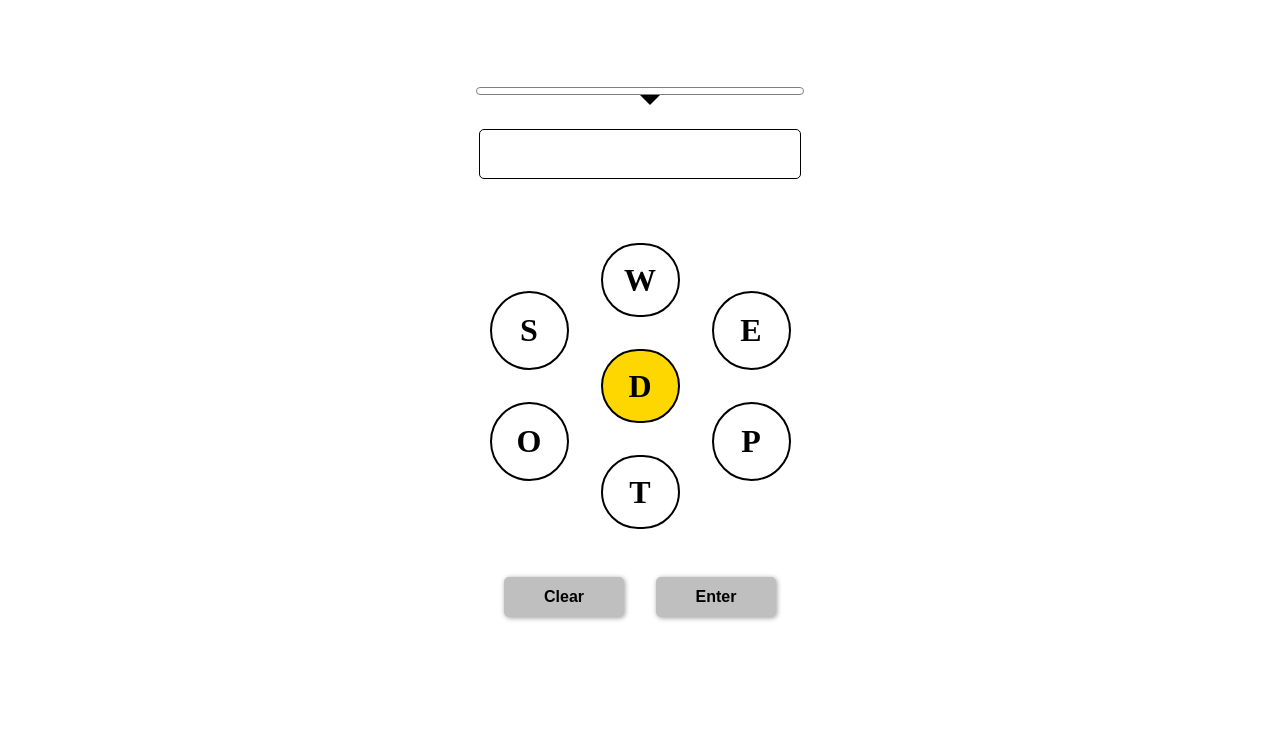
Repository: wellgordon/spelling-bee-clone
Page: /game
An editor plug-in stored every save of this project. The page is shown before and after the next save, followed by the edit.
The browser window is 1280 px wide. The pictures show the whole page.
The project was rebuilt for these pictures with package versions that can differ from the ones it lists, and the page was loaded fresh each time. Also part of the build but not shown: src/index.css, src/components/Home.tsx.

Above is the page before, as saved 2022-01-28 18:46:20.

### src/App.tsx
import React from 'react';
import Game from './components/Game';
import { BrowserRouter as Router, Route, Routes } from 'react-router-dom';
import Home from './components/Home';

const App = () => {
  return (
    <Router>
      <Routes>
        <Route path="/" element={<Home />} />
        <Route path="/game" element={<Game />} />
      </Routes>
    </Router>
  );
};

export default App;

### src/components/Game.tsx
import React, { useState } from 'react';
import { words } from '../constants/words';
import GameUI from './GameUI';

const Game = () => {
  const [bufferText, setBufferText] = useState('');
  const [isSpecialLetter, setIsSpecialLetter] = useState(false);
  const [foundWords, setFoundWords] = useState<string[]>([]);

  const handleClick = (e: any) => {
    if (bufferText.length > 10) {
      setBufferText('Too Long!');
      setTimeout(() => {
        setBufferText('');
      }, 500);
    } else {
      setBufferText((prev) => prev + e.target.innerText);
    }
  };

  const handleCenterClick = (e: string) => {
    setIsSpecialLetter(true);
    handleClick(e);
  };

  const handleClear = () => {
    setBufferText('');
  };

  const handleSubmit = () => {
    if (bufferText.length < 4) {
      setBufferText('Too short!');
      setIsSpecialLetter(false);
      setTimeout(() => {
        setBufferText('');
      }, 500);
    } else if (!isSpecialLetter) {
      setBufferText('Need to use letter of the day!');
      setTimeout(() => {
        setBufferText('');
      }, 500);
    } else if (foundWords?.includes(bufferText)) {
      setBufferText('Oops, already got that one!');
      setIsSpecialLetter(false);
      setTimeout(() => {
        setBufferText('');
      }, 500);
    } else {
      if (words.includes(bufferText.toLowerCase())) {
        setFoundWords((prev) => [...prev, bufferText]);
        setIsSpecialLetter(false);
        setBufferText('');
      } else {
        setBufferText('Sorry, not a word...');
        setIsSpecialLetter(false);
        setTimeout(() => {
          setBufferText('');
        }, 500);
      }
    }
  };

  return (
    <GameUI
      handleClick={handleClick}
      handleCenterClick={handleCenterClick}
      bufferText={bufferText}
      handleClear={handleClear}
      handleSubmit={handleSubmit}
      foundWords={foundWords}
    />
  );
};

export default Game;

### src/constants/words.ts
export const words = [
  'depot',
  'depots',
  'despot',
  'dews',
  'does',
  'doest',
  'dope',
  'dopes',
  'dose',
  'dote',
  'dotes',
  'dots',
  'dowse',
  'dowset',
  'odes',
  'opted',
  'opts',
  'owed',
  'owes',
  'peso',
  'pest',
  'pesto',
  'pets',
  'pews',
  'pods',
  'poet',
  'poets',
  'pose',
  'posed',
  'post',
  'posted',
  'pots',
  'sowed',
  'sped',
  'spot',
  'step',
  'stew',
  'stop',
  'stow',
  'stowed',
  'swept',
  'swop',
  'swopt',
  'toed',
  'toes',
  'tops',
  'towed',
  'tows',
  'twos',
  'weds',
  'wept',
  'west',
  'wets',
  'woes',
];

const wordLists = [
  {
    letters: ['D', 'O', 'W', 'A', 'P', 'L', 'K'],
    words: [
      'dawk',
      'walk',
      'pawl',
      'plow',
      'kola',
      'plod',
      'wold',
      'alow',
      'apod',
      'awol',
      'dopa',
      'opal',
      'woad',
      'load',
      'polka',
      'waldo',
      'woald',
    ],
  },
  {
    letters: ['E', 'V', 'L', 'A', 'W', 'R', 'G'],
    words: [
      'gravel',
      'argle',
      'gavel',
      'glare',
      'grave',
      'lager',
      'large',
      'laver',
      'ravel',
      'regal',
      'velar',
      'wager',
      'waler',
      'waver',
      'ager',
      'areg',
      'aver',
      'earl',
      'egal',
      'gale',
      'gave',
      'gear',
      'grew',
      'lave',
      'lear',
      'leva',
      'rage',
      'rale',
      'rave',
      'real',
      'vale',
      'veal',
      'vega',
      'vela',
      'vera',
      'wage',
      'wale',
      'ware',
      'wave',
      'weal',
      'wear',
    ],
  },
];

### src/components/GameUI.tsx
import React, { useState } from 'react';
import Game from './Game';
import {
  MainContainer,
  SubContainer,
  Accordion,
  FoundText,
  TriangleUp,
  TriangleDown,
  InputText,
  SideColumn,
  Circle,
  CenterColumn,
  CenterCircle,
  ButtonContainer,
  Button,
  GameContainer,
} from './styled/Styles';

type Props = {
  handleClick: (e: any) => void;
  handleCenterClick: (e: any) => void;
  handleSubmit: () => void;
  handleClear: () => void;
  bufferText?: string;
  foundWords?: string[];
};

const GameUI = ({
  handleClick,
  handleCenterClick,
  bufferText,
  handleSubmit,
  handleClear,
  foundWords,
}: Props) => {
  const [open, setOpen] = useState(false);
  const [accordion, setAccordion] = useState('');

  function toggle() {
    if (open) {
      setOpen(false);
      setAccordion('');
    } else {
      setOpen(true);
      setAccordion('found-word-box');
    }
  }

  return (
    <>
      <MainContainer>
        <SubContainer>
          <Accordion className={accordion}>
            {open === false
              ? foundWords
                  ?.filter((word: string, index: number) => index < 5)
                  .map((word: string) => {
                    return <FoundText>{`${word}, `}</FoundText>;
                  })
              : foundWords?.map((word: string) => {
                  return <FoundText>{`${word}, `}</FoundText>;
                })}
          </Accordion>
          <span onClick={toggle}>
            {open === true ? <TriangleUp /> : <TriangleDown />}
          </span>
          <InputText>{bufferText}</InputText>
          <GameContainer>
            <SideColumn>
              <Circle onClick={handleClick}>S</Circle>
              <Circle onClick={handleClick}>O</Circle>
            </SideColumn>
            <CenterColumn>
              <Circle onClick={handleClick}>W</Circle>
              <CenterCircle onClick={handleCenterClick}>D</CenterCircle>
              <Circle onClick={handleClick}>T</Circle>
            </CenterColumn>
            <SideColumn>
              <Circle onClick={handleClick}>E</Circle>
              <Circle onClick={handleClick}>P</Circle>
            </SideColumn>
          </GameContainer>
          <ButtonContainer>
            <Button onClick={handleClear}>Clear</Button>
            <Button onClick={handleSubmit}>Enter</Button>
          </ButtonContainer>
        </SubContainer>
      </MainContainer>
    </>
  );
};

export default GameUI;

### src/components/styled/Styles.ts
import styled from 'styled-components';

export const MainContainer = styled.div`
  height: 100vh;
  width: 50%;
  display: flex;
  margin: 0 auto;
  align-items: center;
  justify-content: center;
`;

export const SubContainer = styled.div`
  display: flex;
  align-items: center;
  justify-content: center;
  flex-flow: column;
`;

export const GameContainer = styled.div`
  width: 350px;
  height: 350px;
  display: flex;
  flex-flow: row nowrap;
  justify-content: center;
`;

export const Column = styled.div`
  display: flex;
  flex-flow: column nowrap;
  align-items: center;
  justify-content: space-around;
`;

export const SideColumn = styled(Column)`
  margin: 4rem 0;
`;

export const CenterColumn = styled(Column)`
  margin: 1rem 0;
`;

export const Circle = styled.div`
  width: 75px;
  height: 75px;
  border-radius: 50px;
  border: 2px solid black;
  display: flex;
  align-items: center;
  justify-content: center;
  font-size: 2rem;
  font-weight: bold;
  margin: 1rem;

  &:hover {
    cursor: pointer;
  }
`;

export const CenterCircle = styled(Circle)`
  background: gold;
`;

export const InputText = styled.p`
  margin-bottom: 2rem;
  height: 3rem;
  width: 20rem;
  border: 1px solid black;
  border-radius: 5px;
  font-size: 1.5rem;
  font-weight: bold;
  text-align: center;
`;

export const FoundText = styled.p`
  margin-left: 0.3rem;
`;

export const TriangleDown = styled.div`
  width: 0;
  height: 0;
  border-left: 10px solid transparent;
  border-right: 10px solid transparent;

  border-top: 10px solid black;
  position: relative;
  left: 50%;
  bottom: 100%;

  &:hover {
    cursor: pointer;
    border-top: 10px solid gray;
  }
`;

export const TriangleUp = styled.div`
  width: 0;
  height: 0;
  border-left: 10px solid transparent;
  border-right: 10px solid transparent;

  border-bottom: 10px solid black;
  position: relative;
  left: 50%;
  bottom: 100%;

  &:hover {
    cursor: pointer;
    border-bottom: 10px solid gray;
  }
`;

export const Button = styled.button`
  text-decoration: none;
  background-color: #bfbfbf;
  border: none;
  border-radius: 5px;
  margin: 1rem;
  font-weight: bold;
  font-size: 16px;
  height: 2.5rem;
  width: 7.5rem;
  box-shadow: 1px 1px 5px 0px rgba(156, 156, 156, 156);

  &:hover {
    cursor: pointer;
    background-color: #808080;
  }
`;
export const ButtonContainer = styled.div`
  display: flex;
  flex-flow: row wrap;
  align-items; flex-start;
  justify-content: flex-end;
  margin-bottom: 2rem;
`;

export const Accordion = styled.div`
  width: 20rem;
  padding: 0.2rem;
  margin-top: 1rem;
  display: flex;
  flex-flow: row wrap;
  justify-content: flex-start;
  align-content: flex-start;
  font-weight: bold;
  border: 1px solid gray;
  border-radius: 5px;
`;

Loaded but not shown: public/index.html (common file); src/index.js (common file); src/reportWebVitals.js (common file)

After the next save:
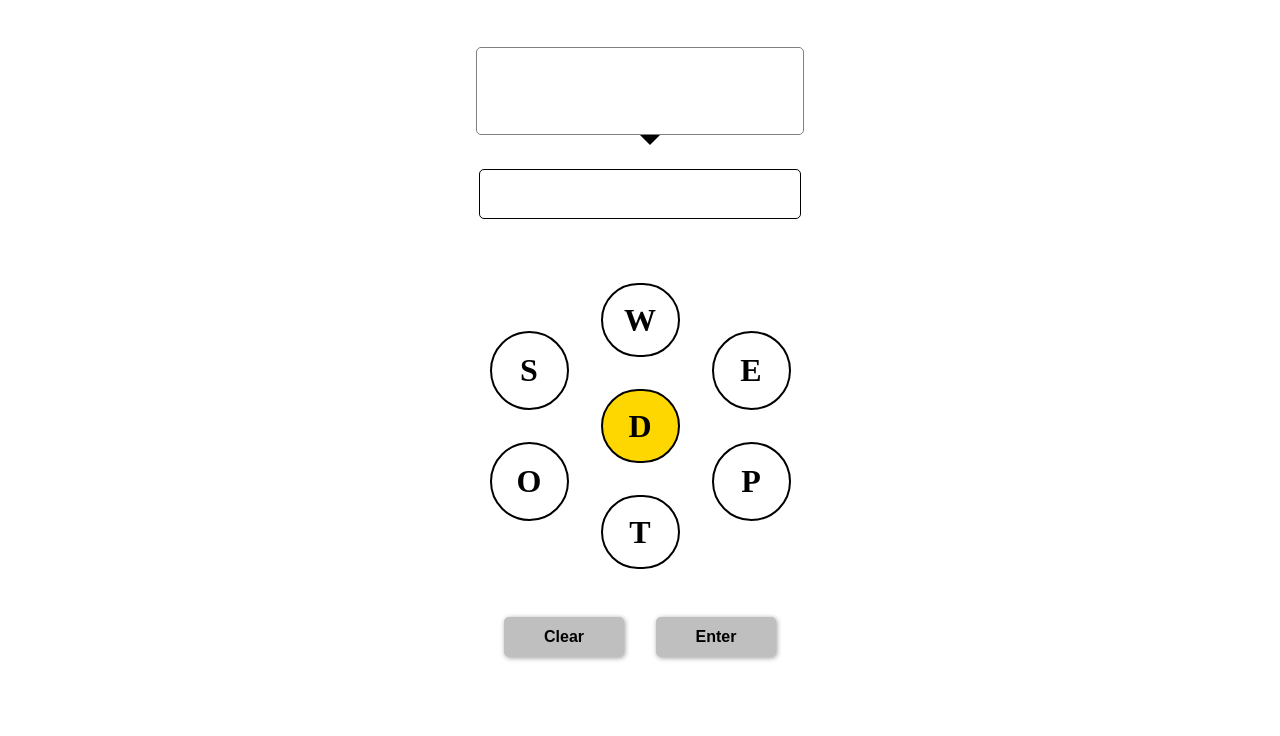
Saved 45 s later.
--- a/src/components/styled/Styles.ts
+++ b/src/components/styled/Styles.ts
@@ -135,6 +135,7 @@ export const ButtonContainer = styled.div`
 `;
 
 export const Accordion = styled.div`
+  height: 5rem;
   width: 20rem;
   padding: 0.2rem;
   margin-top: 1rem;
